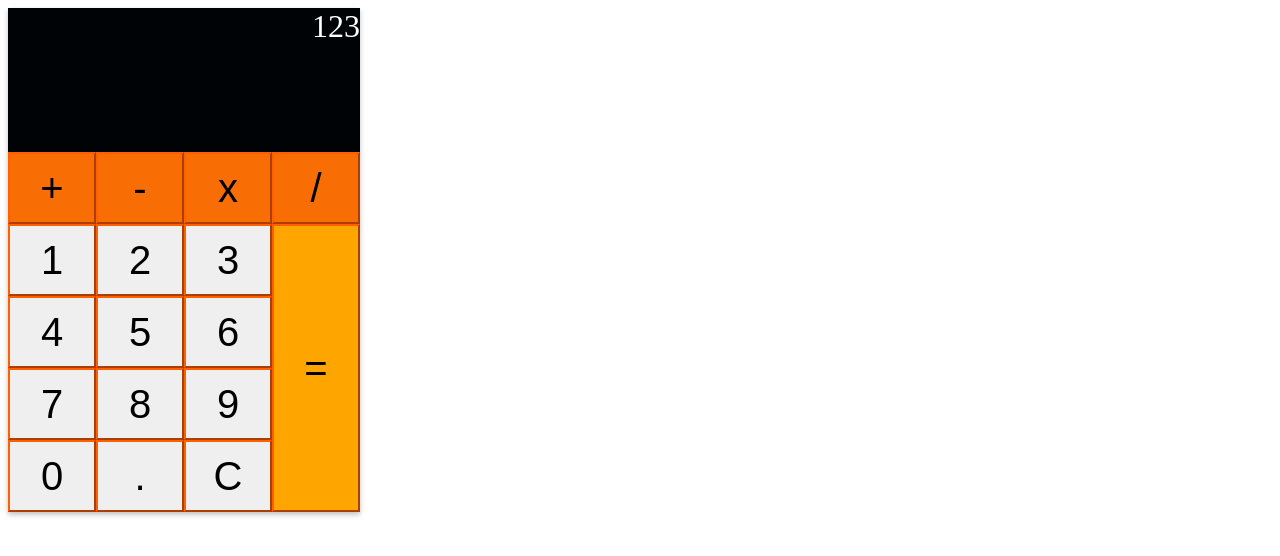
Repository: TEazy2433/LAB-calculator
Page: index.html
These files come from the project's save history. The page is drawn as it stood at one moment and after the next save; the edit follows.
The browser window is 1280 px wide. The pictures show the whole page.

Above is the page before, as saved 2023-10-14 10:31:47.

After the next save:
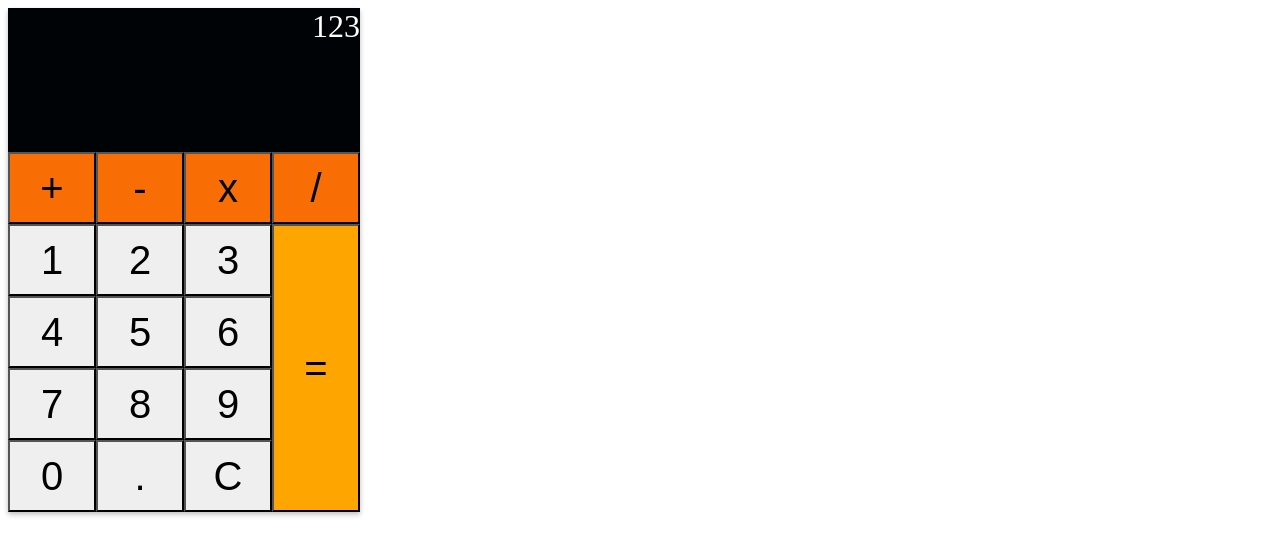
Saved 15 s later.
--- a/main.css
+++ b/main.css
@@ -26,7 +26,7 @@
 }
 .calculator_key{
   font-size: 40px;
-  border-color: rgb(254, 95, 2);
+  border-color: black
 
 }
 .key--operator{
